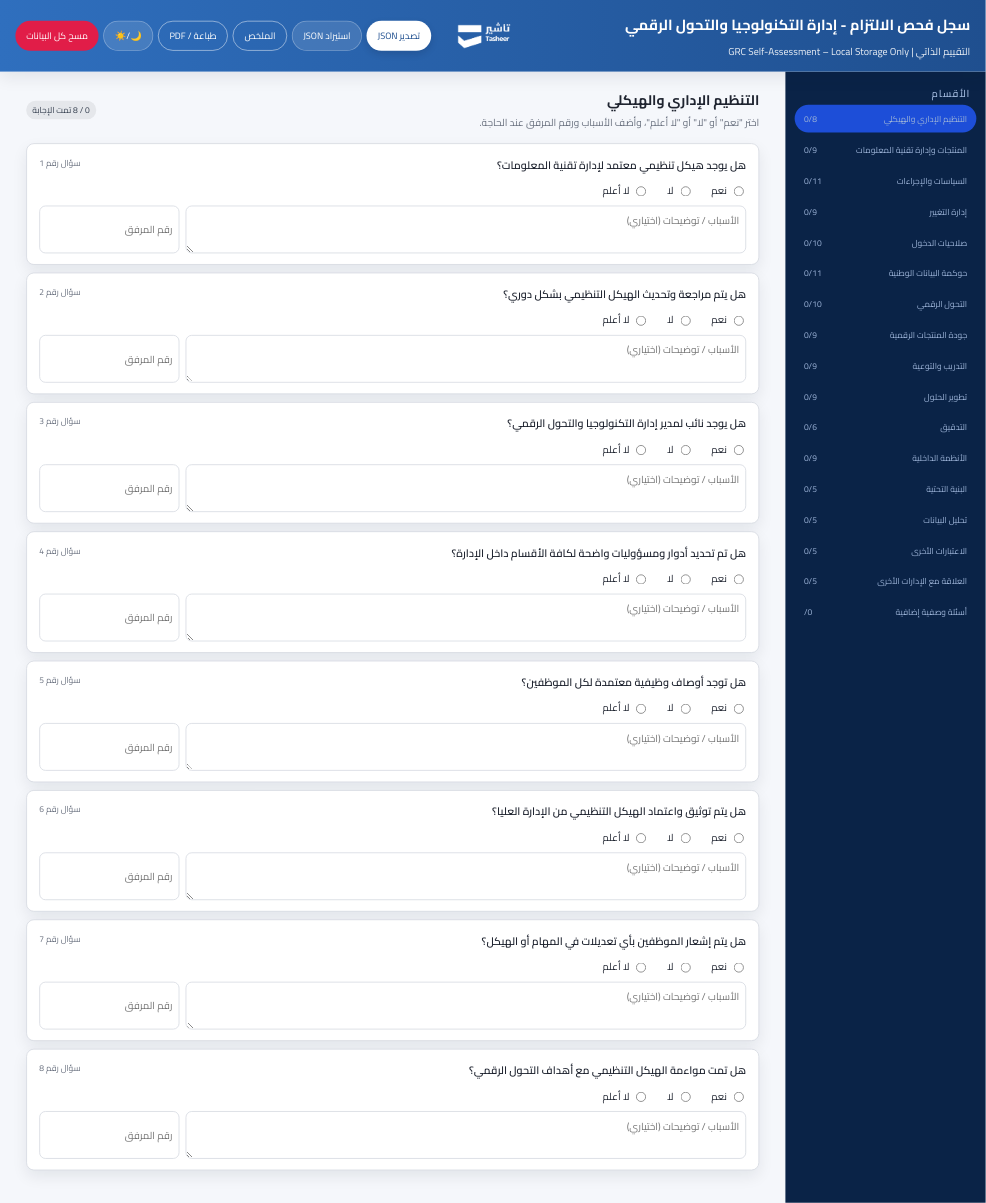
Repository: Tasheer-dev/GRCq
Page: index.html
An editor plug-in stored every save of this project. The page is shown before and after the next save, followed by the edit.
The browser window is 1280 px wide. The pictures show the whole page, at 77% of full size.

Above is the page before, as saved 2025-11-27 07:55:27.

### index.html
<!DOCTYPE html>
<html lang="ar" dir="rtl">
<head>
  <meta charset="UTF-8" />
  <title>سجل فحص الالتزام - إدارة التكنولوجيا والتحول الرقمي</title>
  <meta name="viewport" content="width=device-width, initial-scale=1" />
  <link rel="stylesheet" href="style.css" />
</head>
<body>
<div id="splash">
  <div class="splash-content">
    <img src="logo.png" alt="Tasheer Logo" class="splash-logo" />
    <h1>تأشـيـر - Tasheer</h1>
    <p>نظام التقييم الذاتي لإدارة التكنولوجيا والتحول الرقمي</p>
  </div>
</div>

<div class="app-shell">
  <header>
    <div class="title-group">
      <h1>سجل فحص الالتزام - إدارة التكنولوجيا والتحول الرقمي</h1>
      <span>التقييم الذاتي | GRC Self-Assessment – Local Storage Only</span>
    </div>
    <div class="header-right">
      <img src="logo.png" alt="Tasheer Logo" class="header-logo" />
      <div class="actions">
        <button class="btn btn-primary" id="btn-export">تصدير JSON</button>
        <label class="btn btn-secondary">
          استيراد JSON
          <input type="file" id="import-file" accept="application/json" style="display:none" />
        </label>
        <button class="btn btn-outline" id="btn-summary">الملخص</button>
        <button class="btn btn-outline" id="btn-print">طباعة / PDF</button>
        <button class="btn btn-secondary" id="btn-dark">🌙/☀️</button>
        <button class="btn btn-danger" id="btn-clear">مسح كل البيانات</button>
      </div>
    </div>
  </header>

  <main>
    <aside class="sidebar">
      <div>
        <div class="sidebar-title">الأقسام</div>
        <ul class="nav-list" id="section-nav"></ul>
      </div>
    </aside>

    <section class="content">
      <div id="section-container"></div>
    </section>
  </main>
</div>

<script src="app.js"></script>
</body>
</html>

### style.css

@import url('https://fonts.googleapis.com/css2?family=Cairo:wght@300;400;500;600;700;800&display=swap');

:root {
  --primary: #1f4f8f;
  --primary-light: #2f6fbe;
  --accent: #00a3e0;
  --bg: #f5f7fb;
  --card-bg: #ffffff;
  --border: #d5d8e0;
  --text-main: #1f2430;
  --text-muted: #6b7280;
  --danger: #e11d48;
  --success: #15803d;
  --warning: #ca8a04;
  --sidebar-bg: #0a2347;     /* BLUE DARK */
  --sidebar-text: #ffffff;
  --sidebar-muted: #9cb3d7;
  --radius: 10px;
  --shadow: 0 8px 20px rgba(15, 23, 42, 0.08);
  --font-ar: 'Cairo', sans-serif;
}


.nav-item {
  color: #e8eef9;
}

.nav-item.active {
  background: #1f4f8f;
  color: white;
}

.nav-item:hover:not(.active) {
  background: rgba(255,255,255,0.06);
}

/* Dark mode override */
body.dark {
  --bg: #020617;
  --card-bg: #020617;
  --border: #1f2937;
  --text-main: #e5e7eb;
  --text-muted: #9ca3af;
  --sidebar-bg: #020617;
  --sidebar-text: #e5e7eb;
  --sidebar-muted: #6b7280;
  --shadow: 0 10px 25px rgba(0, 0, 0, 0.6);
}

* {
  box-sizing: border-box;
}

body {
  margin: 0;
  font-family: var(--font-ar);
  background: var(--bg);
  color: var(--text-main);
}

/* Splash screen */

#splash {
  position: fixed;
  inset: 0;
  background: radial-gradient(circle at top, #1f4f8f 0, #020617 55%, #000 100%);
  display: flex;
  align-items: center;
  justify-content: center;
  z-index: 50;
  color: #e5e7eb;
  transition: opacity 0.6s ease, visibility 0.6s ease;
}

#splash.hidden {
  opacity: 0;
  visibility: hidden;
}

.splash-content {
  text-align: center;
  animation: float 1.8s ease-in-out infinite alternate;
}

.splash-logo {
  width: 160px;
  margin-bottom: 16px;
}

.splash-content h1 {
  margin: 0;
  font-size: 24px;
}

.splash-content p {
  margin-top: 8px;
  font-size: 14px;
  color: #cbd5f5;
}

@keyframes float {
  from { transform: translateY(0); }
  to { transform: translateY(-8px); }
}

/* Layout */

.app-shell {
  display: flex;
  min-height: 100vh;
  flex-direction: column;
}

header {
  background: linear-gradient(to left, var(--primary), var(--primary-light));
  color: white;
  padding: 12px 20px;
  display: flex;
  align-items: center;
  justify-content: space-between;
  box-shadow: var(--shadow);
  position: sticky;
  top: 0;
  z-index: 20;
}

header .title-group {
  display: flex;
  flex-direction: column;
  gap: 4px;
}

header h1 {
  margin: 0;
  font-size: 19px;
  font-weight: 700;
}

header span {
  font-size: 13px;
  opacity: 0.9;
}

.header-right {
  display: flex;
  align-items: center;
  gap: 12px;
}

.header-logo {
  width: 110px;
  height: auto;
}

header .actions {
  display: flex;
  gap: 6px;
  flex-wrap: wrap;
}

button,
.btn {
  border-radius: 999px;
  border: none;
  padding: 7px 14px;
  font-size: 12px;
  cursor: pointer;
  display: inline-flex;
  align-items: center;
  gap: 6px;
  font-family: inherit;
  transition: background 0.15s ease, transform 0.05s ease, box-shadow 0.15s ease;
  white-space: nowrap;
}

button:active,
.btn:active {
  transform: translateY(1px);
  box-shadow: none;
}

.btn-primary {
  background: white;
  color: var(--primary);
  box-shadow: 0 4px 10px rgba(15, 23, 42, 0.15);
}

.btn-secondary {
  background: rgba(255, 255, 255, 0.12);
  color: white;
  border: 1px solid rgba(255, 255, 255, 0.3);
}

.btn-danger {
  background: var(--danger);
  color: white;
}

.btn-outline {
  background: transparent;
  color: white;
  border: 1px solid rgba(255, 255, 255, 0.6);
}

body.dark .btn-outline {
  color: var(--primary-light);
  border-color: var(--primary-light);
}

main {
  display: flex;
  flex: 1;
  min-height: 0;
}

.sidebar {
  width: 260px;
  background: var(--sidebar-bg);
  color: var(--sidebar-text);
  padding: 16px 12px;
  display: flex;
  flex-direction: column;
  gap: 12px;
}

.sidebar-title {
  font-size: 13px;
  font-weight: 600;
  text-transform: uppercase;
  letter-spacing: 0.08em;
  color: var(--sidebar-muted);
  margin-bottom: 4px;
  padding-inline: 8px;
}

.nav-list {
  list-style: none;
  padding: 0;
  margin: 0;
  display: flex;
  flex-direction: column;
  gap: 4px;
}

.nav-item {
  border-radius: 999px;
  padding: 8px 12px;
  font-size: 13px;
  cursor: pointer;
  color: var(--sidebar-text);
  display: flex;
  align-items: center;
  justify-content: space-between;
  transition: background 0.12s ease, color 0.12s ease, transform 0.05s ease;
}

.nav-item span {
  font-size: 11px;
  color: var(--sidebar-muted);
}

.nav-item.active {
  background: #1d4ed8;
  color: white;
  transform: translateY(-1px);
}

.nav-item:hover:not(.active) {
  background: #111827;
}

.content {
  flex: 1;
  padding: 20px 24px 32px;
  overflow-y: auto;
  max-width: 1000px;
  margin-inline: auto;
}

.section-header {
  display: flex;
  justify-content: space-between;
  align-items: center;
  gap: 12px;
  margin-bottom: 16px;
  flex-wrap: wrap;
}

.section-header h2 {
  margin: 0;
  font-size: 18px;
}

.section-header p {
  margin: 0;
  font-size: 13px;
  color: var(--text-muted);
}

/* Cards & questions */

.question-card {
  background: var(--card-bg);
  border-radius: var(--radius);
  padding: 14px 16px;
  margin-bottom: 10px;
  box-shadow: var(--shadow);
  border: 1px solid var(--border);
}

.question-header {
  display: flex;
  justify-content: space-between;
  align-items: flex-start;
  gap: 8px;
  margin-bottom: 8px;
}

.question-title {
  font-size: 14px;
  font-weight: 600;
}

.question-meta {
  font-size: 11px;
  color: var(--text-muted);
  white-space: nowrap;
}

.answer-row {
  display: flex;
  flex-wrap: wrap;
  gap: 12px 24px;
  align-items: center;
  font-size: 13px;
  margin-bottom: 8px;
}

.answer-row label {
  display: inline-flex;
  align-items: center;
  gap: 4px;
  cursor: pointer;
}

.answer-row input[type="radio"] {
  accent-color: var(--primary);
  cursor: pointer;
}

.inputs-row {
  display: grid;
  grid-template-columns: minmax(0, 4fr) minmax(0, 1fr);
  gap: 8px;
  margin-top: 6px;
}

textarea,
input[type="text"],
input[type="number"] {
  width: 100%;
  border-radius: 8px;
  border: 1px solid var(--border);
  font-family: inherit;
  font-size: 13px;
  padding: 6px 8px;
  resize: vertical;
  min-height: 34px;
  background: transparent;
  color: var(--text-main);
}

textarea:focus,
input:focus {
  outline: 2px solid var(--primary-light);
  border-color: transparent;
}

.badge {
  display: inline-flex;
  align-items: center;
  border-radius: 999px;
  font-size: 11px;
  padding: 2px 8px;
  background: #e5e7eb;
  color: #374151;
}

.badge-yes {
  background: rgba(22, 163, 74, 0.12);
  color: #15803d;
}
.badge-no {
  background: rgba(220, 38, 38, 0.12);
  color: #b91c1c;
}
.badge-na {
  background: rgba(234, 179, 8, 0.12);
  color: #92400e;
}

.summary-grid {
  display: grid;
  grid-template-columns: repeat(auto-fit, minmax(180px, 1fr));
  gap: 12px;
  margin-top: 12px;
}

.summary-card {
  background: var(--card-bg);
  border-radius: var(--radius);
  padding: 10px 12px;
  border: 1px solid var(--border);
  box-shadow: var(--shadow);
}

.summary-card h3 {
  margin: 0 0 4px;
  font-size: 14px;
}

.summary-card p {
  margin: 0;
  font-size: 12px;
  color: var(--text-muted);
}

.summary-stats {
  display: flex;
  gap: 8px;
  margin-top: 6px;
  flex-wrap: wrap;
}

.stat-pill {
  font-size: 11px;
  border-radius: 999px;
  padding: 2px 8px;
  background: #f3f4f6;
  color: #374151;
}

.stat-pill strong {
  margin-inline: 2px;
}

/* Summary header with logo */
.summary-logo {
  width: 120px;
  height: auto;
  margin-bottom: 6px;
}

/* Responsive */

@media (max-width: 900px) {
  main {
    flex-direction: column;
  }
  .sidebar {
    width: 100%;
    flex-direction: row;
    overflow-x: auto;
    padding-bottom: 8px;
  }
  .nav-list {
    flex-direction: row;
    flex-wrap: nowrap;
  }
  .nav-item {
    font-size: 12px;
    padding-inline: 10px;
  }
}

@media (max-width: 700px) {
  header {
    flex-direction: column;
    align-items: flex-start;
    gap: 8px;
  }
  .header-right {
    width: 100%;
    justify-content: space-between;
  }
}

@media (max-width: 600px) {
  .section-header {
    flex-direction: column;
    align-items: flex-start;
  }
  .inputs-row {
    grid-template-columns: 1fr;
  }
}

/* Print mode */

@media print {
  #splash,
  header,
  .sidebar,
  .actions,
  #btn-print,
  #btn-dark {
    display: none !important;
  }
  body {
    background: white;
  }
  .content {
    max-width: 100%;
    padding: 0;
  }
  .question-card {
    box-shadow: none;
    border: 1px solid #d1d5db;
    page-break-inside: avoid;
  }
}

Loaded but not shown: app.js (542 lines, source omitted)

After the next save:
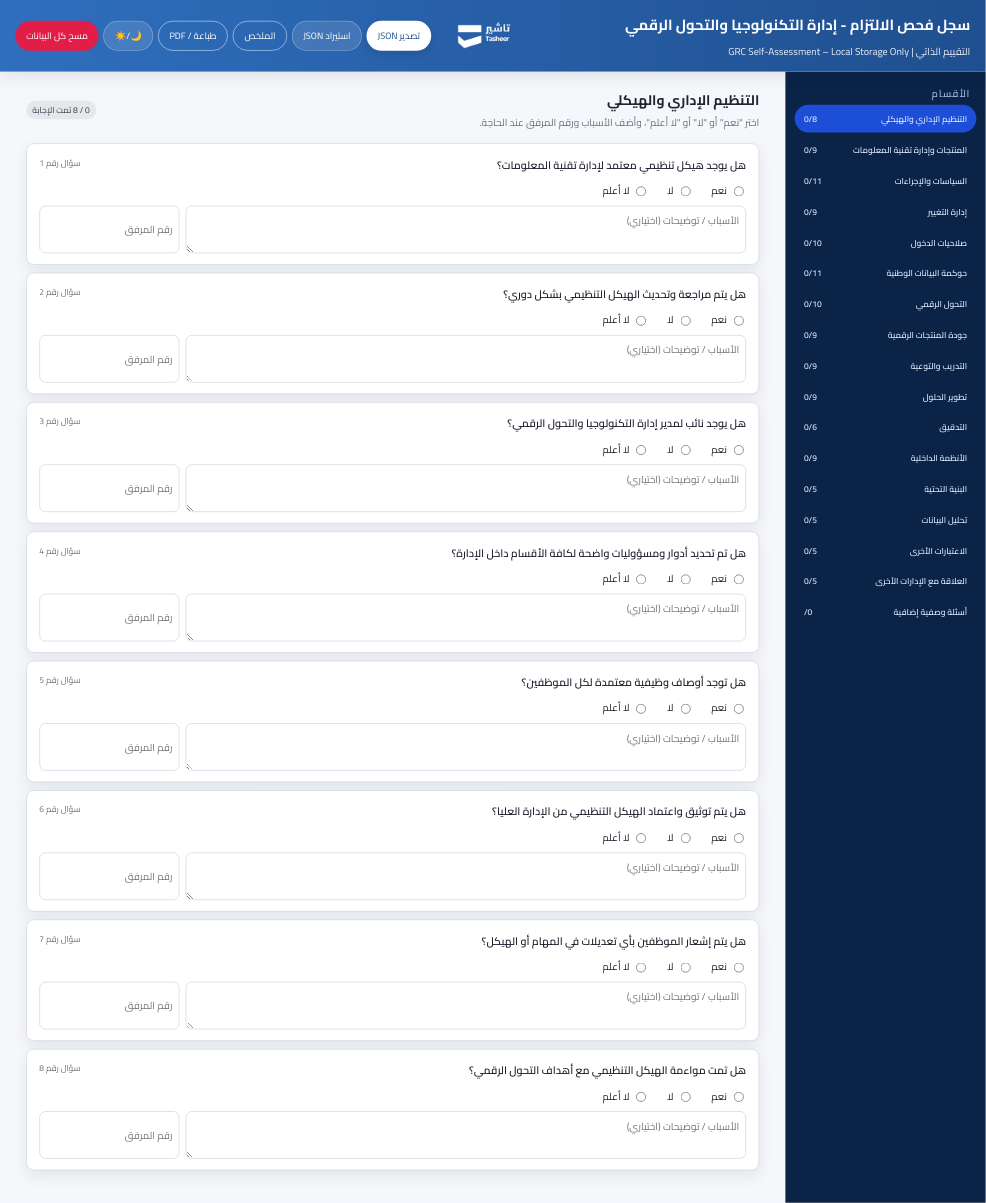
Saved 2 min 25 s later.
--- a/style.css
+++ b/style.css
@@ -21,6 +21,34 @@
   --font-ar: 'Cairo', sans-serif;
 }
 
+/* Sidebar Text Stronger, Larger, Whiter */
+.sidebar {
+  background: var(--sidebar-bg);
+  color: #ffffff;
+}
+
+.nav-item {
+  font-size: 16px;       /* Larger text */
+  font-weight: 700;      /* Bold */
+  color: #ffffff !important;  /* Pure white */
+  padding: 10px 14px;
+}
+
+.nav-item span {
+  font-size: 14px;
+  color: #dbe9ff !important; /* Light white-blue */
+  font-weight: 600;
+}
+
+.nav-item.active {
+  background: #1f4f8f;    /* Highlight color */
+  color: #ffffff !important;
+}
+
+.nav-item:hover:not(.active) {
+  background: rgba(255,255,255,0.15);
+  cursor: pointer;
+}
 
 .nav-item {
   color: #e8eef9;
